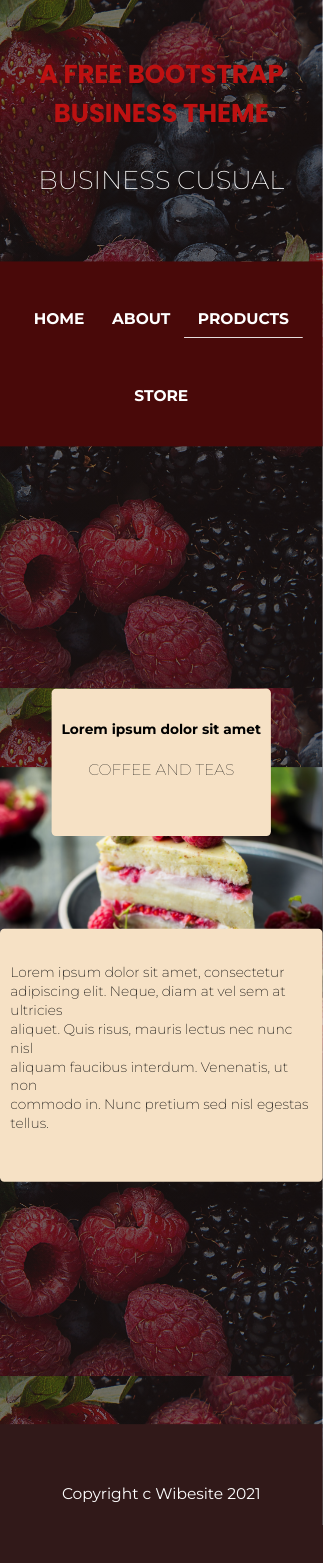
Repository: wadelfadill/tache_7_Business_bootstrap_theme
Page: product.html
These files come from the project's save history. The page is drawn as it stood at one moment and after the next save; the edit follows.
The browser window is 375 px wide. The pictures show the whole page, at 86% of full size.
Backgrounds fixed to the window are drawn as part of the page.

Above is the page before, as saved 2023-04-28 21:22:33.

### product.html
<!DOCTYPE html>
<html lang="en">
<head>
    <meta charset="UTF-8">
    <meta http-equiv="X-UA-Compatible" content="IE=edge">
    <meta name="viewport" content="width=device-width, initial-scale=1.0">
    <!------ title of website ------>
    <title>Business website</title>
    <!------ Bootstrap cdn link ------>
    <link href="https://cdn.jsdelivr.net/npm/bootstrap@5.1.3/dist/css/bootstrap.min.css" rel="stylesheet" integrity="sha384-1BmE4kWBq78iYhFldvKuhfTAU6auU8tT94WrHftjDbrCEXSU1oBoqyl2QvZ6jIW3" crossorigin="anonymous">
    <!------- css link -------------->
    <link rel="stylesheet" href="css/style.css">
    <link rel="stylesheet" href="css/product_style.css">
    <!---------Google Fonts links ---------->
    <link rel="preconnect" href="https://fonts.googleapis.com">
    <link rel="preconnect" href="https://fonts.gstatic.com" crossorigin>
    <link href="https://fonts.googleapis.com/css2?family=Montserrat:wght@100;200;400;700&family=Poppins:wght@700&display=swap" rel="stylesheet">

</head>
<body>
    <!-- ========== Start Header Section ========== -->
    <header id="header">
        <h2 class="first_title text-center">A FREE BOOTSTRAP BUSINESS THEME</h2>
        <h1 class="second_title text-center">BUSINESS CUSUAL</h1>
        <!-- ========== Start navbar  Section ========== -->
        <nav class="my-auto mt-5">
            <div class="container my-auto">
                <ul class="nav justify-content-center">
                    <li class="nav-item">
                      <a class="nav-link" aria-current="page" href="index.html">HOME</a>
                    </li>
                    <li class="nav-item">
                      <a class="nav-link" href="about.html">ABOUT</a>
                    </li>
                    <li class="nav-item">
                      <a class="nav-link active" href="product.html">PRODUCTS</a>
                    </li>
                    <li class="nav-item">
                      <a class="nav-link" href="store.html">STORE</a>
                    </li>
                </ul>
            </div>
        </nav>
        <!-- ========== End navbar  Section ========== -->
    </header>
    <!-- ========== End Header Section ========== -->
    <!-- ========== Start Main Section ========== -->
    <main>
      <!-- ========== Start First Section ========== -->
      <section id="first_section">
        <div class="container">
          <div class="row d-flex flex-column justify-content-start">
            <!-- <div class="col photo_fisrt position-relative">
              <div class="box-top position-relative top-0 start-100 translate-middle">
                <p class="p1">Lorem ipsum dolor sit amet</p>
                <p class="p2">COFFEE AND TEAS</p>
              </div>
              <div class="box-bottom">
                <p>Lorem ipsum dolor sit amet, consectetur <br>
                  adipiscing elit. Neque, diam at vel sem at ultricies <br>
                  aliquet. Quis risus, mauris lectus nec nunc nisl <br>
                  aliquam faucibus interdum. Venenatis, ut non <br>
                  commodo in. Nunc pretium sed nisl egestas tellus.</p>
              </div>
            </div> -->
            <div class="box-top m-0 align-self-md-end align-self-center">
              <p class="p1">Lorem ipsum dolor sit amet</p>
              <p class="p2">COFFEE AND TEAS</p>
            </div>
            <div class="image m-0 p-0 align-self-center text-center">
              <img src="images/gateau-p.png" alt="" class="img-fluid h-100">
            </div>
            <div class="box-bottom align-self-md-start align-self-center">
              <p>Lorem ipsum dolor sit amet, consectetur <br>
                adipiscing elit. Neque, diam at vel sem at ultricies <br>
                aliquet. Quis risus, mauris lectus nec nunc nisl <br>
                aliquam faucibus interdum. Venenatis, ut non <br>
                commodo in. Nunc pretium sed nisl egestas tellus.</p>
            </div>
          </div>
        </div>
      </section>
      <!-- ========== End First Section ========== -->
    </main>
    <!-- ========== End Main Section ========== -->
    <footer id="footer">
        <p class="text-center">Copyright c Wibesite 2021</p>
    </footer>



    <!------ Bootstrap script -------->
    <script src="https://cdn.jsdelivr.net/npm/bootstrap@5.1.3/dist/js/bootstrap.bundle.min.js" integrity="sha384-ka7Sk0Gln4gmtz2MlQnikT1wXgYsOg+OMhuP+IlRH9sENBO0LRn5q+8nbTov4+1p" crossorigin="anonymous"></script>
</body>
</html>

### css/style.css
/* ===== General ====== */

:root{
    --red-color: #BD1111;
    --bg-red:#490909;
    --white-color: #FFFFFF;
    --black-color: #000000;
    --bg-beize:#F6E1C5;
    --bg-red-black: #311919;
    --bg-red-opac:rgba(165, 52, 43, 0.69);
    --red-border: #CD5449;
}
*{
    margin: 0;
    padding: 0;
}
body{
    padding: 0;
    margin: 0;
    background-image: linear-gradient(rgba(34, 24, 24, 0.6), rgba(34, 24, 24, 0.6)), url("../images/1.jpeg");
    background-position: center;
    background-size: cover;
    background-repeat: no-repeat;
    background-attachment: fixed;
}
/* ===== squelette ====== */
/* ===== header section ====== */
/* ===== header titles ======= */
#header .first_title{
    font-family: 'Poppins';
    font-style: normal;
    font-weight: 700;
    font-size: 30px;
    line-height: 45px;
    color: var(--red-color);
    margin-top: 65px;
}
#header .second_title{
    font-family: 'Montserrat';
    font-style: normal;
    font-weight: 200;
    font-size: 76px;
    line-height: 93px;
    color: var(--white-color);
}
/* ====== header navbar ======*/
#header nav{
    background: var(--bg-red);
    height: 124px;
}
#header nav ul li{
    margin-top: 48px;
}
#header nav a{
    font-family: 'Montserrat';
    font-style: normal;
    font-weight: 700;
    font-size: 18px;
    line-height: 22px;
    color: var(--white-color);
}
#header nav a.active{
    padding-bottom: 10px;
    border-bottom: 1px solid white;
}
/* ==== Main section ==========*/
/* main{
    height: 1000px;
} */
/* ====== footer section ====== */
#footer{
    height: 162px;
    background: var(--bg-red-black);
    padding-top: 70px;
}
#footer p{
    font-family: 'Montserrat';
    font-style: normal;
    font-weight: 400;
    font-size: 18px;
    line-height: 22px;
    color: var(--white-color);
}


/* ===== responsive css ======*/
@media screen and (max-width:550px) {
    #header .second_title{
        font-size: 30px;
    }
    #header nav{
        height: max-content;
        padding-bottom: 40px;
    }
}

### css/product_style.css
/* ===== General ====== */

:root{
    --red-color: #BD1111;
    --bg-red:#490909;
    --white-color: #FFFFFF;
    --black-color: #000000;
    --bg-beize:#F6E1C5;
    --bg-red-black: #311919;
    --bg-red-opac:rgba(165, 52, 43, 0.69);
    --red-border: #CD5449;
}


/* ==========first section ========= */
#first_section{
    margin-top: 202px;
    margin-bottom: 202px;
    width: 100%;
}
#first_section .photo_fisrt{
    max-width: 844px;
    height: 604px;
    background: url("../images/gateau-p.png");
    background-size: cover;
    background-repeat: no-repeat;
    align-self: center;
}
.box-top{
    max-width: 413px;
    min-height: 150px;
    background: var(--bg-beize);
    padding-top: 39px;
    padding-bottom: 39px;
    border-radius: 5px;
    width: max-content;
    position: relative;
    bottom: -80px !important;
}
.box-top .p1{
    font-family: 'Montserrat';
    font-style: normal;
    font-weight: 600;
    font-size: 14px;
    line-height: 17px;
    color: #000000;
}
.box-top .p2{
    font-family: 'Montserrat';
    font-style: normal;
    font-weight: 100;
    font-size: 36px;
    line-height: 44px;
    color: #000000;
}
.box-bottom{
    max-width: 521px;
    min-height: 189px;
    padding-top: 40px;
    padding-bottom: 40px;
    position: relative;
    top: -80px;
    background: var(--bg-beize);
    border-radius: 5px;
}
.box-bottom p{
    font-family: 'Montserrat';
    font-style: normal;
    font-weight: 400;
    font-size: 18px;
    line-height: 22px;
    color: #000000;
}

 /* ============== responsive css ================ */
@media screen and (max-width:550px) {
    .box-top{
        width: auto;
    }
    .box-top .p1{
        font-size: medium;
    }
    .box-top .p2{
        font-size: large;
        text-align: center;
    }
    .box-bottom p{
        font-size: 16px;
        font-weight: 200;
    }
}

After the next save:
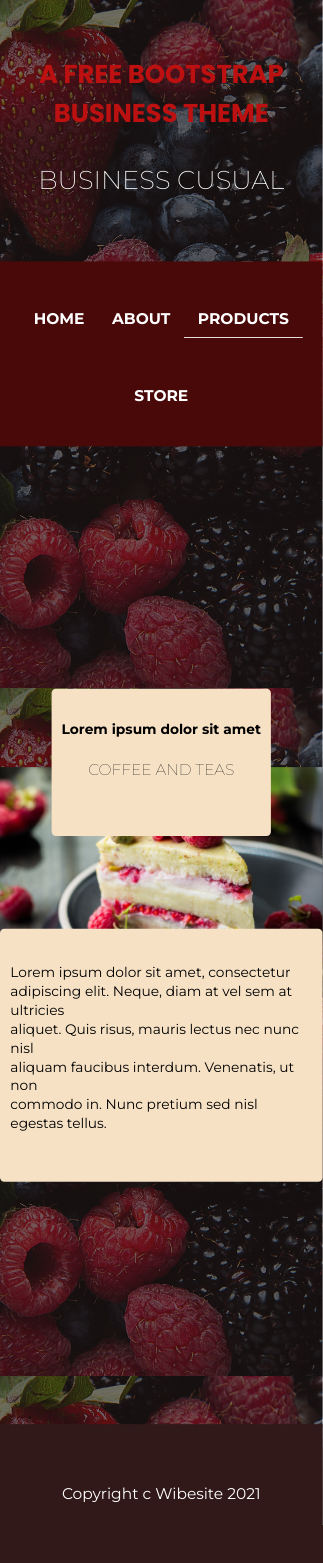
Saved 10 s later.
--- a/css/product_style.css
+++ b/css/product_style.css
@@ -86,6 +86,6 @@
     }
     .box-bottom p{
         font-size: 16px;
-        font-weight: 200;
+        font-weight: 400;
     }
 }
